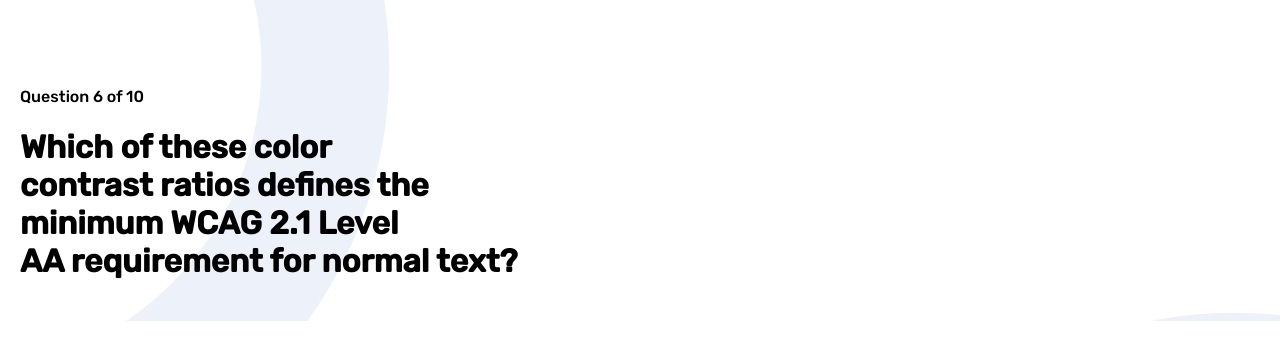
Repository: Daniel054311/Quiz-app-V1
Page: question.html
These files come from the project's save history. The page is drawn as it stood at one moment and after the next save; the edit follows.
The browser window is 1280 px wide. The pictures show the whole page.

Above is the page before, as saved 2024-01-30 18:15:30.

After the next save:
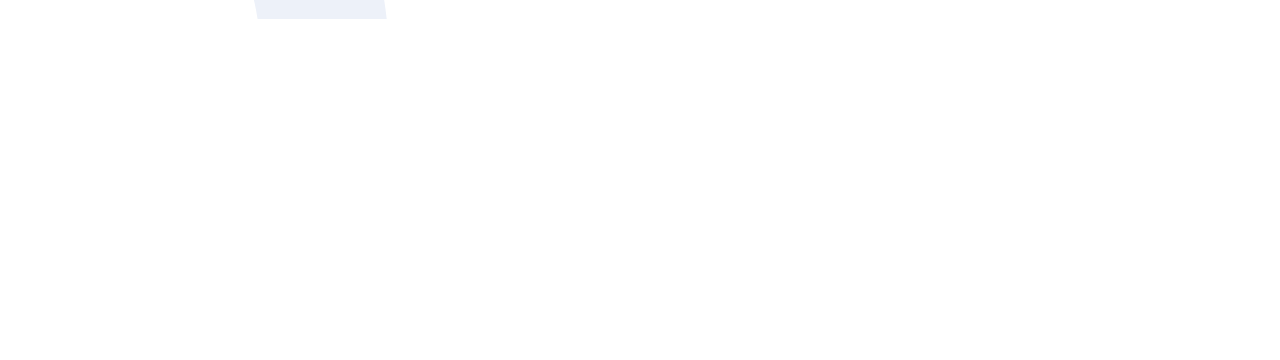
Saved 3 min 11 s later.
--- a/question.html
+++ b/question.html
@@ -21,19 +21,7 @@
       <div id="title" class="title"></div>
 
     </div>
-    <div class="left-container">
-      <p class="question">Question 6 of 10</p>
 
-      <h1>Which of these color<br> contrast ratios defines the <br>minimum WCAG 2.1 Level<br> AA requirement for normal
-        text?
-      </h1>
-
-    </div>
-    <div class="right-container" id="question-list">
-
-
-      </div>
-    </div>
 
     <script type="module" src="./asset/script/question.js"></script>
 

After the save that followed:
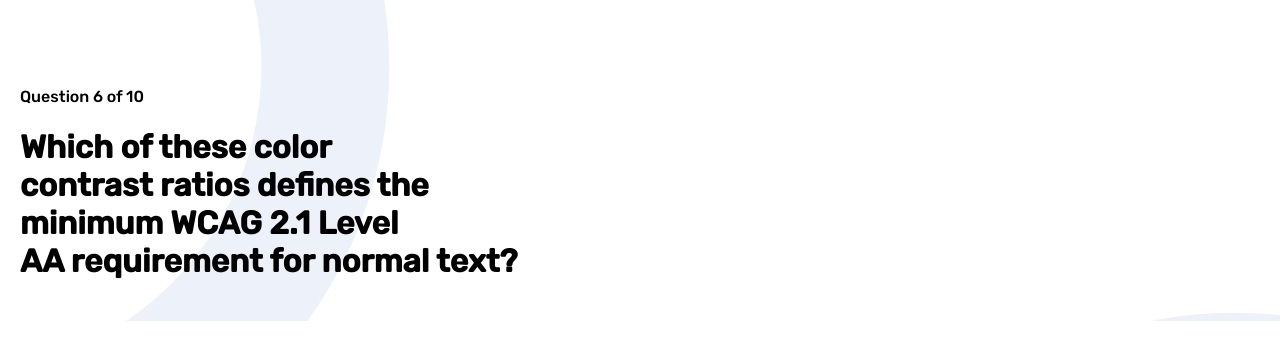
Saved 6 s later.
--- a/question.html
+++ b/question.html
@@ -21,7 +21,19 @@
       <div id="title" class="title"></div>
 
     </div>
+    <div class="left-container">
+      <p class="question">Question 6 of 10</p>
 
+      <h1>Which of these color<br> contrast ratios defines the <br>minimum WCAG 2.1 Level<br> AA requirement for normal
+        text?
+      </h1>
+
+    </div>
+    <div class="right-container" id="question-list">
+
+
+      </div>
+    </div>
 
     <script type="module" src="./asset/script/question.js"></script>
 
